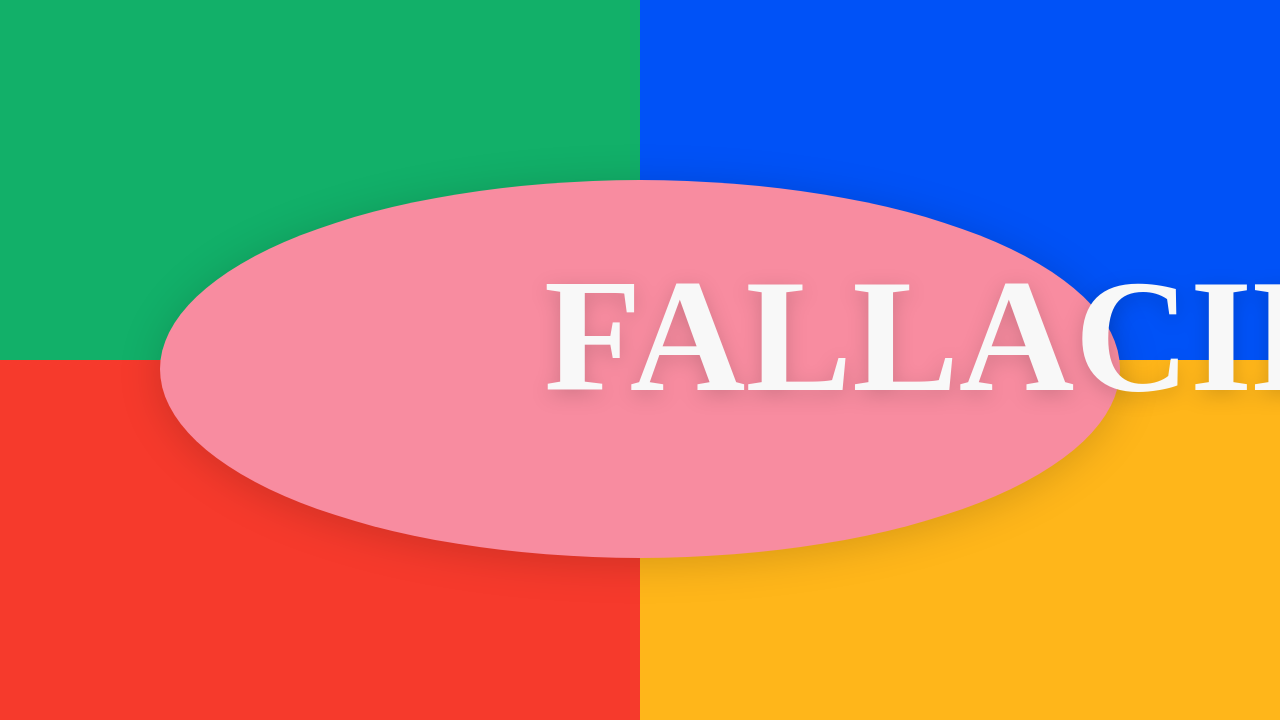
Repository: yafugray/fallacies
Page: project/Midterm project/index.html
An editor plug-in stored every save of this project. The page is shown before and after the next save, followed by the edit.
The browser window is 1280 px wide. The pictures show the whole page.

Above is the page before, as saved 2020-03-12 15:37:27.

### project/Midterm project/index.html
<!DOCTYPE html>
<html lang="en">
<head>
    <meta charset="UTF-8">
    <meta name="viewport" content="width=device-width, initial-scale=1.0">
    <title>Fallacies</title>
    <link href="app.css" rel="stylesheet">
</head>
<body>
    <div id="Mainpage">
        <div id="rec1"></div>
        <div id="rec2"></div>
        <div id="rec3"></div>
        <div id="rec4"></div>
        <div id="group1">
            <svg class="ellipse">
                <ellipse fill="rgba(248,140,160,1)" id="Ellipse_8" rx="75%" ry="75%" cx="50%" cy="75%">
                </ellipse>
            </svg>
            <div id="fallacies">
                <span>FALLACIES</span>
            </div>
        </div>
    </div>
</body>
</html>

### project/Midterm project/app.css
* {
    margin: 0;
    padding: 0;
    box-sizing: border-box;
    border: none;
}

#Mainpage {
    position: absolute;
    width: 100vw;
    height: 100vh;
    background-color: azure;
    overflow: hidden;
}
@keyframes fadein {

    0% {
        opacity: 0;
    }
    100% {
        opacity: 1;
    }

}

#rec1 {
	position: absolute;
	overflow: visible;
	width: 50vw;
	height: 50vh;
	left: 0px;
    top: 0px;
    background-color: rgba(18,176,105,1);
}
#rec4 {
	position: absolute;
	overflow: visible;
	width: 50vw;
	height: 50vh;
	left: 0px;
    bottom: 0px;
    background-color: rgba(246,58,44,1);
}
#rec2 {
	position: absolute;
	overflow: visible;
	width: 50vw;
	height: 50vh;
	right: 0px;
    top: 0px;
    background-color: rgba(0,82,247,1);
}
#rec3 {
	position: absolute;
	overflow: visible;
	width: 50vw;
	height: 50vh;
	right: 0px;
    bottom: 0px;
    background-color: rgba(255,182,26,1);
}

#group1 {
    position: relative;
	width: 70vw;
	/* height: 35vh; */
    left: 25%;
    right: 25%;
    top: 25%;
    bottom: 25%;
	overflow: visible;
	--web-animation: fadein 0.3s ease-out;
	--web-action-type: page;
	--web-action-target: custom___2.html;
	cursor: pointer;
}

.ellipse {
    filter: drop-shadow(0px 5px 20px rgba(0, 0, 0, 0.161));
	/* position: absolute; */
	overflow: visible;
	width: 50vw;
	height: 35vh;
    left: 0px;
    right:0px;
    top: 0px;
    bottom: 0px;
}

#fallacies {
    filter: drop-shadow(0px 5px 10px rgba(0, 0, 0, 0.161));
    /* align-items: center;
    justify-content: center; */
    /* top: 45%;
    bottom: 45%;
    right: 7.5%; */
    /* left: 25%; */
    /* width: 15vh; */
    overflow: visible;
    /* white-space: nowrap; */
    font-family: TitlingGothicFB Narrow;
    font-style: normal;
    font-weight: bold;
    font-size: 10em;
    color: rgba(248,248,248,1);
    text-align: center;
	position: absolute;
    left: 25%;
    right: 25%;
    top: 25%;
    bottom: 25%;
}

After the next save:
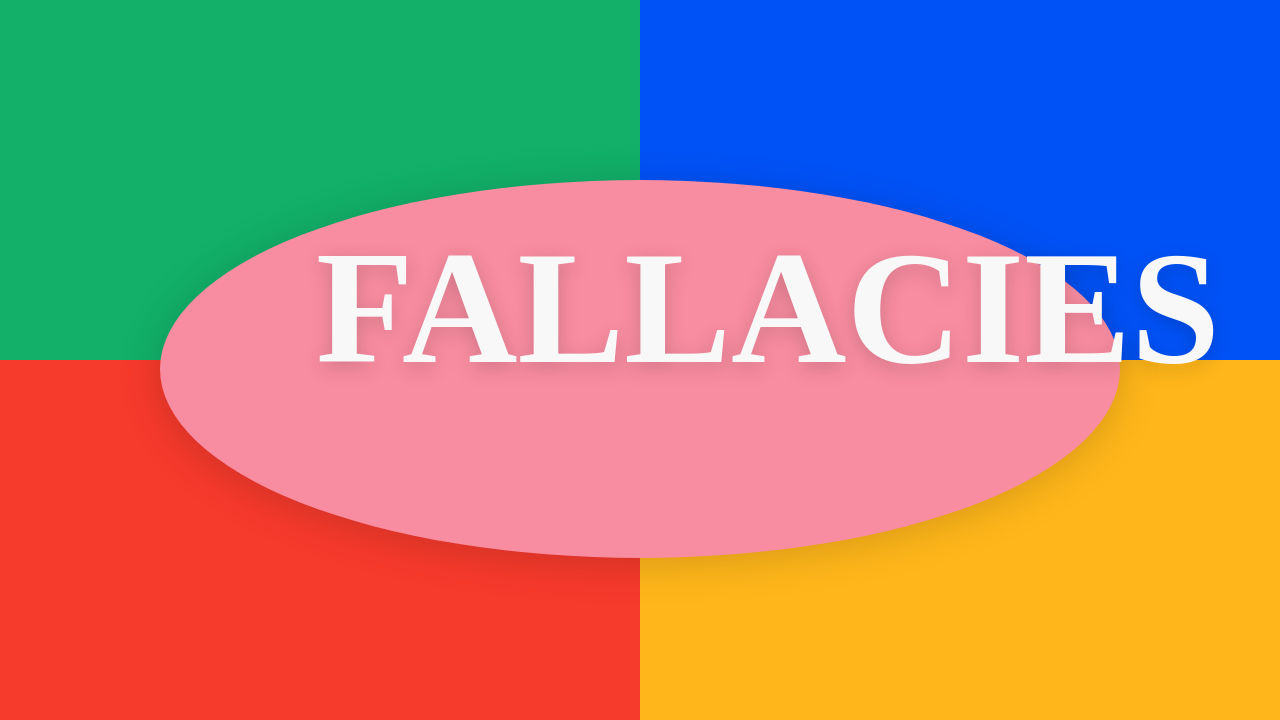
Saved 39 s later.
--- a/project/Midterm project/app.css
+++ b/project/Midterm project/app.css
@@ -105,8 +105,7 @@
     color: rgba(248,248,248,1);
     text-align: center;
 	position: absolute;
-    left: 25%;
-    right: 25%;
-    top: 25%;
-    bottom: 25%;
+    left: 50%;
+    top: 50%;
+    transform: translate( -50%, -50% );
 }
